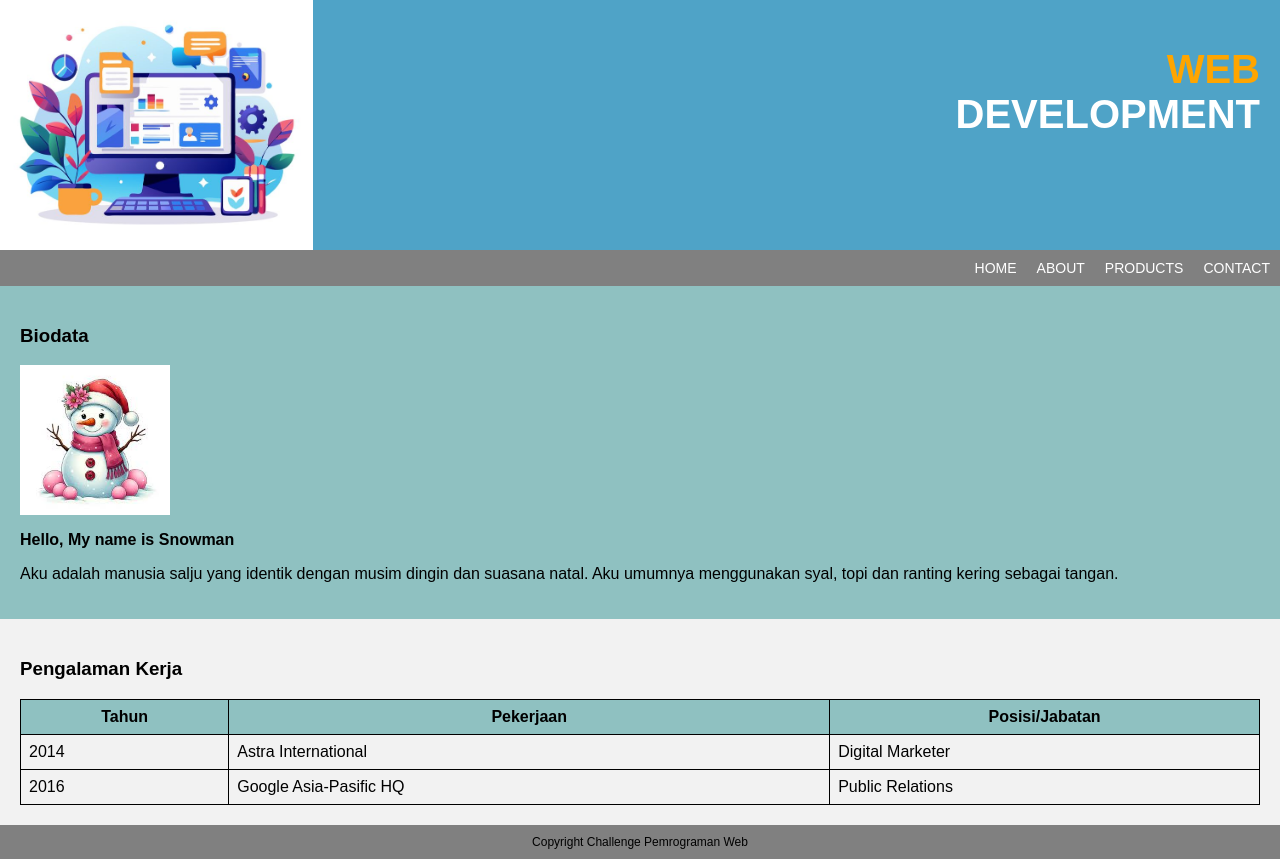
Repository: razitazhr/Pertemuan-6_24.116194
Page: Pertemuan 5/Challenge 5.html
These files come from the project's save history. The page is drawn as it stood at one moment and after the next save; the edit follows.
The browser window is 1280 px wide. The pictures show the whole page.

Above is the page before, as saved 2026-05-03 22:16:00.

After the next save:
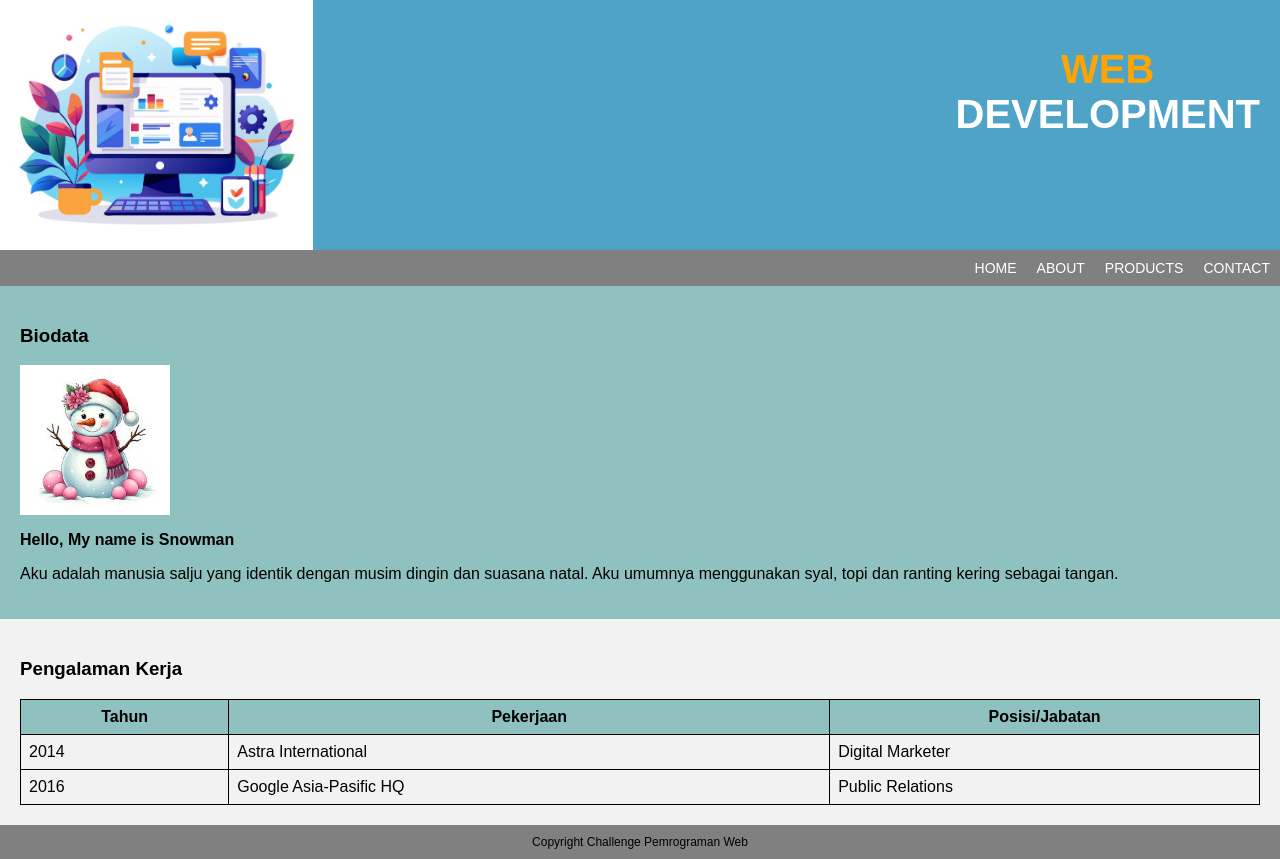
Saved 22 s later.
--- a/Pertemuan 5/Style.CSS
+++ b/Pertemuan 5/Style.CSS
@@ -22,7 +22,7 @@ body {
 .header h1 {
     color: white;
     font-size: 40px;
-    text-align: right;
+    text-align: center;
 }
 .header span {
     color: orange;
